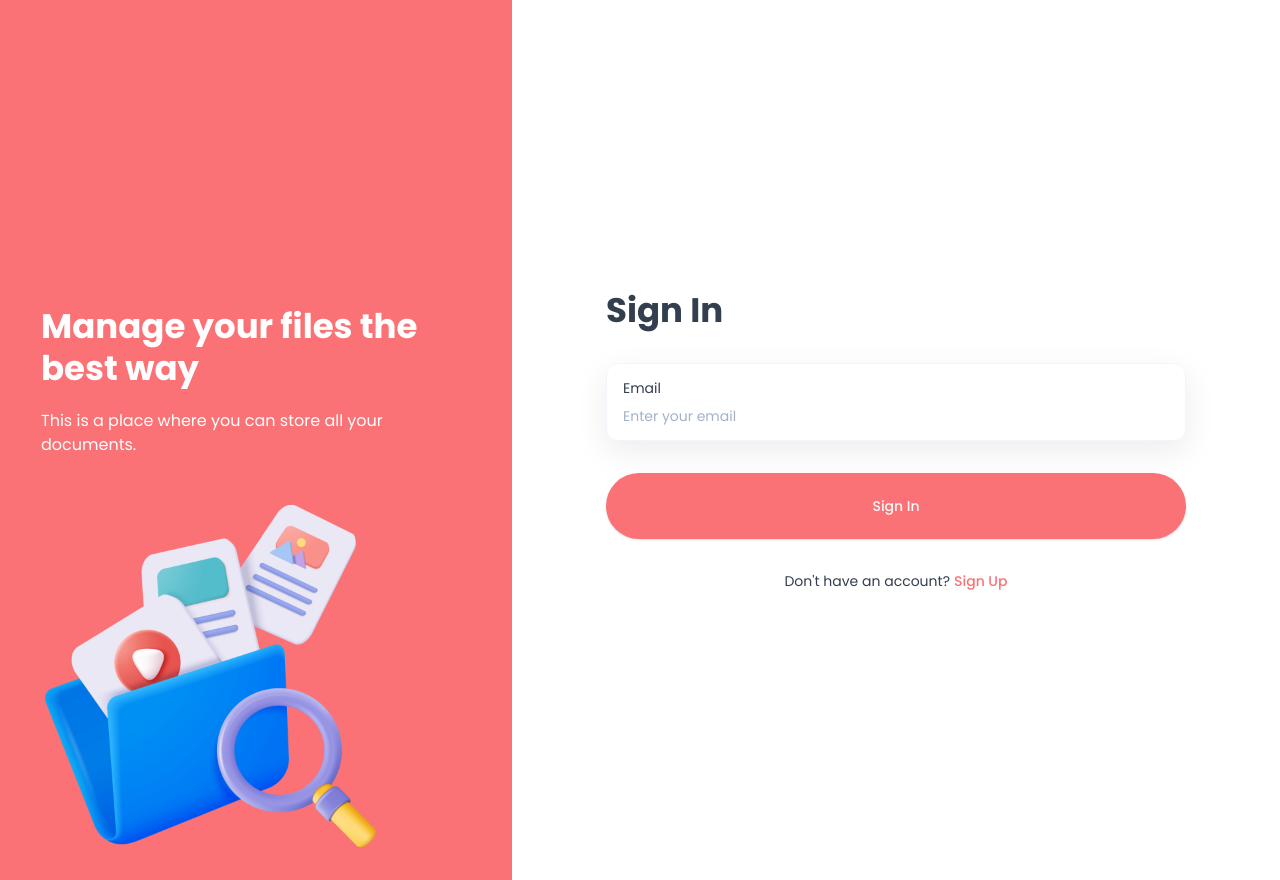
Repository: Tychiq/pigier_tp
Page: /sign-in
These files come from the project's save history. The page is drawn as it stood at one moment and after the next save; the edit follows.
The browser window is 1280 px wide. The pictures show the whole page.
The page's requests for data from a server got no answer. The project was rebuilt for these pictures with package versions that can differ from the ones it lists, and the page was loaded fresh each time. The framework's server and built-in components were replaced by stand-ins that run in the browser. No one was signed in, and anything a server would have sent is missing. Also part of the build but not shown: next.config.ts, components/ui/alert-dialog.tsx, components/ui/input-otp.tsx, components/OTPModal.tsx.

Above is the page before, as saved 2025-04-29 11:16:09.

### app/layout.tsx
import type { Metadata } from "next";
import { Poppins } from 'next/font/google'

import "./globals.css";

const poppins = Poppins({
    subsets: ['latin'],
    weight: ['100', '200', '300', '400', '500', '600', '700', '800', '900'],
    variable: '--font-poppins',
})

export const metadata: Metadata = {
  title: "PigierTP",
  description: "PigierTP - Tous les Travaux Pratiques.",
};

export default function RootLayout({
  children,
}: Readonly<{
  children: React.ReactNode;
}>) {
  return (
    <html lang="en">
      <body
        className={`${poppins.variable} font-poppins antialiased`}
      >
        {children}
      </body>
    </html>
  );
}

### app/(auth)/layout.tsx
import React from "react";
import Image from "next/image";

const Layout = ({ children }: { children: React.ReactNode }) => {
  return (
    <div className="flex min-h-screen">
      <section className="hidden w-1/2 items-center justify-center bg-brand p-10 lg:flex xl:w-2/5">
        <div className="flex max-h-[800px] max-w-[430px] flex-col justify-center space-y-12">
          <Image
            src="/assets/icons/logo-full.svg"
            alt="logo"
            width={224}
            height={82}
            className="h-auto"
          />

          <div className="space-y-5 text-white">
            <h1 className="h1">Manage your files the best way</h1>
            <p className="body-1">
              This is a place where you can store all your documents.
            </p>
          </div>
          <Image
            src="/assets/images/files.png"
            alt="Files"
            width={342}
            height={342}
            className="transition-all hover:rotate-2 hover:scale-105"
          />
        </div>
      </section>

      <section className="flex flex-1 flex-col items-center bg-white p-4 py-10 lg:justify-center lg:p-10 lg:py-0">
        <div className="mb-16 lg:hidden">
          <Image
            src="/assets/icons/logo-full-brand.svg"
            alt="logo"
            width={224}
            height={82}
            className="h-auto w-[200px] lg:w-[250px]"
          />
        </div>

        {children}
      </section>
    </div>
  );
};

export default Layout;

### components/AuthForm.tsx
"use client";

import { z } from "zod";
import { zodResolver } from "@hookform/resolvers/zod";
import { useForm } from "react-hook-form";

import { Button } from "@/components/ui/button";
import {
  Form,
  FormControl,
  FormField,
  FormItem,
  FormLabel,
  FormMessage,
} from "@/components/ui/form";
import { Input } from "@/components/ui/input";
import { useState } from "react";
import Image from "next/image";
import Link from "next/link";
import { createAccount, signInUser } from "@/lib/actions/user.actions";
import OtpModal from "@/components/OTPModal";

type FormType = "sign-in" | "sign-up";

const authFormSchema = (formType: FormType) => {
  return z.object({
    email: z.string().email(),
    fullName:
      formType === "sign-up"
        ? z.string().min(2).max(50)
        : z.string().optional(),
  });
};

const AuthForm = ({ type }: { type: FormType }) => {
  const [isLoading, setIsLoading] = useState(false);
  const [errorMessage, setErrorMessage] = useState("");
  const [accountId, setAccountId] = useState(null);

  const formSchema = authFormSchema(type);
  const form = useForm<z.infer<typeof formSchema>>({
    resolver: zodResolver(formSchema),
    defaultValues: {
      fullName: "",
      email: "",
    },
  });

  const onSubmit = async (values: z.infer<typeof formSchema>) => {
    setIsLoading(true);
    setErrorMessage("");

    try {
      const user =
        type === "sign-up"
          ? await createAccount({
              fullName: values.fullName || "",
              email: values.email,
            })
          : await signInUser({ email: values.email });

      setAccountId(user.accountId);
    } catch {
      setErrorMessage("Failed to create account. Please try again.");
    } finally {
      setIsLoading(false);
    }
  };

  return (
    <>
      <Form {...form}>
        <form onSubmit={form.handleSubmit(onSubmit)} className="auth-form">
          <h1 className="form-title">
            {type === "sign-in" ? "Sign In" : "Sign Up"}
          </h1>
          {type === "sign-up" && (
            <FormField
              control={form.control}
              name="fullName"
              render={({ field }) => (
                <FormItem>
                  <div className="shad-form-item">
                    <FormLabel className="shad-form-label">Full Name</FormLabel>

                    <FormControl>
                      <Input
                        placeholder="Enter your full name"
                        className="shad-input"
                        {...field}
                      />
                    </FormControl>
                  </div>

                  <FormMessage className="shad-form-message" />
                </FormItem>
              )}
            />
          )}

          <FormField
            control={form.control}
            name="email"
            render={({ field }) => (
              <FormItem>
                <div className="shad-form-item">
                  <FormLabel className="shad-form-label">Email</FormLabel>

                  <FormControl>
                    <Input
                      placeholder="Enter your email"
                      className="shad-input"
                      {...field}
                    />
                  </FormControl>
                </div>

                <FormMessage className="shad-form-message" />
              </FormItem>
            )}
          />

          <Button
            type="submit"
            className="form-submit-button"
            disabled={isLoading}
          >
            {type === "sign-in" ? "Sign In" : "Sign Up"}

            {isLoading && (
              <Image
                src="/assets/icons/loader.svg"
                alt="loader"
                width={24}
                height={24}
                className="ml-2 animate-spin"
              />
            )}
          </Button>

          {errorMessage && <p className="error-message">*{errorMessage}</p>}

          <div className="body-2 flex justify-center">
            <p className="text-light-100">
              {type === "sign-in"
                ? "Don't have an account?"
                : "Already have an account?"}
            </p>
            <Link
              href={type === "sign-in" ? "/sign-up" : "/sign-in"}
              className="ml-1 font-medium text-brand"
            >
              {" "}
              {type === "sign-in" ? "Sign Up" : "Sign In"}
            </Link>
          </div>
        </form>
      </Form>

      {accountId && (
        <OtpModal email={form.getValues("email")} accountId={accountId} />
      )}
    </>
  );
};

export default AuthForm;

### components/ui/button.tsx
import * as React from "react"
import { Slot } from "@radix-ui/react-slot"
import { cva, type VariantProps } from "class-variance-authority"

import { cn } from "@/lib/utils"

const buttonVariants = cva(
  "inline-flex items-center justify-center gap-2 whitespace-nowrap rounded-md text-sm font-medium transition-colors focus-visible:outline-none focus-visible:ring-1 focus-visible:ring-ring disabled:pointer-events-none disabled:opacity-50 [&_svg]:pointer-events-none [&_svg]:size-4 [&_svg]:shrink-0",
  {
    variants: {
      variant: {
        default:
          "bg-primary text-primary-foreground shadow hover:bg-primary/90",
        destructive:
          "bg-destructive text-destructive-foreground shadow-sm hover:bg-destructive/90",
        outline:
          "border border-input bg-background shadow-sm hover:bg-accent hover:text-accent-foreground",
        secondary:
          "bg-secondary text-secondary-foreground shadow-sm hover:bg-secondary/80",
        ghost: "hover:bg-accent hover:text-accent-foreground",
        link: "text-primary underline-offset-4 hover:underline",
      },
      size: {
        default: "h-9 px-4 py-2",
        sm: "h-8 rounded-md px-3 text-xs",
        lg: "h-10 rounded-md px-8",
        icon: "h-9 w-9",
      },
    },
    defaultVariants: {
      variant: "default",
      size: "default",
    },
  }
)

export interface ButtonProps
  extends React.ButtonHTMLAttributes<HTMLButtonElement>,
    VariantProps<typeof buttonVariants> {
  asChild?: boolean
}

const Button = React.forwardRef<HTMLButtonElement, ButtonProps>(
  ({ className, variant, size, asChild = false, ...props }, ref) => {
    const Comp = asChild ? Slot : "button"
    return (
      <Comp
        className={cn(buttonVariants({ variant, size, className }))}
        ref={ref}
        {...props}
      />
    )
  }
)
Button.displayName = "Button"

export { Button, buttonVariants }

### components/ui/form.tsx
"use client"

import * as React from "react"
import * as LabelPrimitive from "@radix-ui/react-label"
import { Slot } from "@radix-ui/react-slot"
import {
  Controller,
  ControllerProps,
  FieldPath,
  FieldValues,
  FormProvider,
  useFormContext,
} from "react-hook-form"

import { cn } from "@/lib/utils"
import { Label } from "@/components/ui/label"

const Form = FormProvider

type FormFieldContextValue<
  TFieldValues extends FieldValues = FieldValues,
  TName extends FieldPath<TFieldValues> = FieldPath<TFieldValues>
> = {
  name: TName
}

const FormFieldContext = React.createContext<FormFieldContextValue>(
  {} as FormFieldContextValue
)

const FormField = <
  TFieldValues extends FieldValues = FieldValues,
  TName extends FieldPath<TFieldValues> = FieldPath<TFieldValues>
>({
  ...props
}: ControllerProps<TFieldValues, TName>) => {
  return (
    <FormFieldContext.Provider value={{ name: props.name }}>
      <Controller {...props} />
    </FormFieldContext.Provider>
  )
}

const useFormField = () => {
  const fieldContext = React.useContext(FormFieldContext)
  const itemContext = React.useContext(FormItemContext)
  const { getFieldState, formState } = useFormContext()

  const fieldState = getFieldState(fieldContext.name, formState)

  if (!fieldContext) {
    throw new Error("useFormField should be used within <FormField>")
  }

  const { id } = itemContext

  return {
    id,
    name: fieldContext.name,
    formItemId: `${id}-form-item`,
    formDescriptionId: `${id}-form-item-description`,
    formMessageId: `${id}-form-item-message`,
    ...fieldState,
  }
}

type FormItemContextValue = {
  id: string
}

const FormItemContext = React.createContext<FormItemContextValue>(
  {} as FormItemContextValue
)

const FormItem = React.forwardRef<
  HTMLDivElement,
  React.HTMLAttributes<HTMLDivElement>
>(({ className, ...props }, ref) => {
  const id = React.useId()

  return (
    <FormItemContext.Provider value={{ id }}>
      <div ref={ref} className={cn("space-y-2", className)} {...props} />
    </FormItemContext.Provider>
  )
})
FormItem.displayName = "FormItem"

const FormLabel = React.forwardRef<
  React.ElementRef<typeof LabelPrimitive.Root>,
  React.ComponentPropsWithoutRef<typeof LabelPrimitive.Root>
>(({ className, ...props }, ref) => {
  const { error, formItemId } = useFormField()

  return (
    <Label
      ref={ref}
      className={cn(error && "text-destructive", className)}
      htmlFor={formItemId}
      {...props}
    />
  )
})
FormLabel.displayName = "FormLabel"

const FormControl = React.forwardRef<
  React.ElementRef<typeof Slot>,
  React.ComponentPropsWithoutRef<typeof Slot>
>(({ ...props }, ref) => {
  const { error, formItemId, formDescriptionId, formMessageId } = useFormField()

  return (
    <Slot
      ref={ref}
      id={formItemId}
      aria-describedby={
        !error
          ? `${formDescriptionId}`
          : `${formDescriptionId} ${formMessageId}`
      }
      aria-invalid={!!error}
      {...props}
    />
  )
})
FormControl.displayName = "FormControl"

const FormDescription = React.forwardRef<
  HTMLParagraphElement,
  React.HTMLAttributes<HTMLParagraphElement>
>(({ className, ...props }, ref) => {
  const { formDescriptionId } = useFormField()

  return (
    <p
      ref={ref}
      id={formDescriptionId}
      className={cn("text-[0.8rem] text-muted-foreground", className)}
      {...props}
    />
  )
})
FormDescription.displayName = "FormDescription"

const FormMessage = React.forwardRef<
  HTMLParagraphElement,
  React.HTMLAttributes<HTMLParagraphElement>
>(({ className, children, ...props }, ref) => {
  const { error, formMessageId } = useFormField()
  const body = error ? String(error?.message) : children

  if (!body) {
    return null
  }

  return (
    <p
      ref={ref}
      id={formMessageId}
      className={cn("text-[0.8rem] font-medium text-destructive", className)}
      {...props}
    >
      {body}
    </p>
  )
})
FormMessage.displayName = "FormMessage"

export {
  useFormField,
  Form,
  FormItem,
  FormLabel,
  FormControl,
  FormDescription,
  FormMessage,
  FormField,
}

### components/ui/input.tsx
import * as React from "react"

import { cn } from "@/lib/utils"

export interface InputProps
  extends React.InputHTMLAttributes<HTMLInputElement> {}

const Input = React.forwardRef<HTMLInputElement, InputProps>(
  ({ className, type, ...props }, ref) => {
    return (
      <input
        type={type}
        className={cn(
          "flex h-9 w-full rounded-md border border-input bg-transparent px-3 py-1 text-sm shadow-sm transition-colors file:border-0 file:bg-transparent file:text-sm file:font-medium file:text-foreground placeholder:text-muted-foreground focus-visible:outline-none focus-visible:ring-1 focus-visible:ring-ring disabled:cursor-not-allowed disabled:opacity-50",
          className
        )}
        ref={ref}
        {...props}
      />
    )
  }
)
Input.displayName = "Input"

export { Input }

### components/ui/label.tsx
"use client"

import * as React from "react"
import * as LabelPrimitive from "@radix-ui/react-label"
import { cva, type VariantProps } from "class-variance-authority"

import { cn } from "@/lib/utils"

const labelVariants = cva(
  "text-sm font-medium leading-none peer-disabled:cursor-not-allowed peer-disabled:opacity-70"
)

const Label = React.forwardRef<
  React.ElementRef<typeof LabelPrimitive.Root>,
  React.ComponentPropsWithoutRef<typeof LabelPrimitive.Root> &
    VariantProps<typeof labelVariants>
>(({ className, ...props }, ref) => (
  <LabelPrimitive.Root
    ref={ref}
    className={cn(labelVariants(), className)}
    {...props}
  />
))
Label.displayName = LabelPrimitive.Root.displayName

export { Label }

### tailwind.config.ts
import type { Config } from "tailwindcss";

const config: Config = {
  darkMode: ["class"],
  content: [
    "./pages/**/*.{js,ts,jsx,tsx,mdx}",
    "./components/**/*.{js,ts,jsx,tsx,mdx}",
    "./app/**/*.{js,ts,jsx,tsx,mdx}",
  ],
  theme: {
  	extend: {
  		colors: {
  			brand: {
  				'100': '#EA6365',
  				DEFAULT: '#FA7275'
  			},
  			red: '#FF7474',
  			error: '#b80000',
  			green: '#3DD9B3',
  			blue: '#56B8FF',
  			pink: '#EEA8FD',
  			orange: '#F9AB72',
  			light: {
  				'100': '#333F4E',
  				'200': '#A3B2C7',
  				'300': '#F2F5F9',
  				'400': '#F2F4F8'
  			},
  			dark: {
  				'100': '#04050C',
  				'200': '#131524'
  			},
  			background: 'hsl(var(--background))',
  			foreground: 'hsl(var(--foreground))',
  			card: {
  				DEFAULT: 'hsl(var(--card))',
  				foreground: 'hsl(var(--card-foreground))'
  			},
  			popover: {
  				DEFAULT: 'hsl(var(--popover))',
  				foreground: 'hsl(var(--popover-foreground))'
  			},
  			primary: {
  				DEFAULT: 'hsl(var(--primary))',
  				foreground: 'hsl(var(--primary-foreground))'
  			},
  			secondary: {
  				DEFAULT: 'hsl(var(--secondary))',
  				foreground: 'hsl(var(--secondary-foreground))'
  			},
  			muted: {
  				DEFAULT: 'hsl(var(--muted))',
  				foreground: 'hsl(var(--muted-foreground))'
  			},
  			accent: {
  				DEFAULT: 'hsl(var(--accent))',
  				foreground: 'hsl(var(--accent-foreground))'
  			},
  			destructive: {
  				DEFAULT: 'hsl(var(--destructive))',
  				foreground: 'hsl(var(--destructive-foreground))'
  			},
  			border: 'hsl(var(--border))',
  			input: 'hsl(var(--input))',
  			ring: 'hsl(var(--ring))',
  			chart: {
  				'1': 'hsl(var(--chart-1))',
  				'2': 'hsl(var(--chart-2))',
  				'3': 'hsl(var(--chart-3))',
  				'4': 'hsl(var(--chart-4))',
  				'5': 'hsl(var(--chart-5))'
  			}
  		},
  		fontFamily: {
  			poppins: ["var(--font-poppins)"]
  		},
  		boxShadow: {
  			'drop-1': '0px 10px 30px 0px rgba(66, 71, 97, 0.1)',
  			'drop-2': '0 8px 30px 0 rgba(65, 89, 214, 0.3)',
  			'drop-3': '0 8px 30px 0 rgba(65, 89, 214, 0.1)'
  		},
  		borderRadius: {
  			lg: 'var(--radius)',
  			md: 'calc(var(--radius) - 2px)',
  			sm: 'calc(var(--radius) - 4px)'
  		},
  		keyframes: {
  			'caret-blink': {
  				'0%,70%,100%': {
  					opacity: '1'
  				},
  				'20%,50%': {
  					opacity: '0'
  				}
  			}
  		},
  		animation: {
  			'caret-blink': 'caret-blink 1.25s ease-out infinite'
  		}
  	}
  },
  // eslint-disable-next-line @typescript-eslint/no-require-imports
  plugins: [require("tailwindcss-animate")],
};
export default config;

Loaded but not shown: app/(auth)/sign-in/page.tsx (common file); app/globals.css (common file); lib/actions/user.actions.ts (common file); lib/utils.ts (common file); lib/appwrite/index.ts (common file); lib/appwrite/config.ts (common file); constants/index.ts (common file)

After the next save:
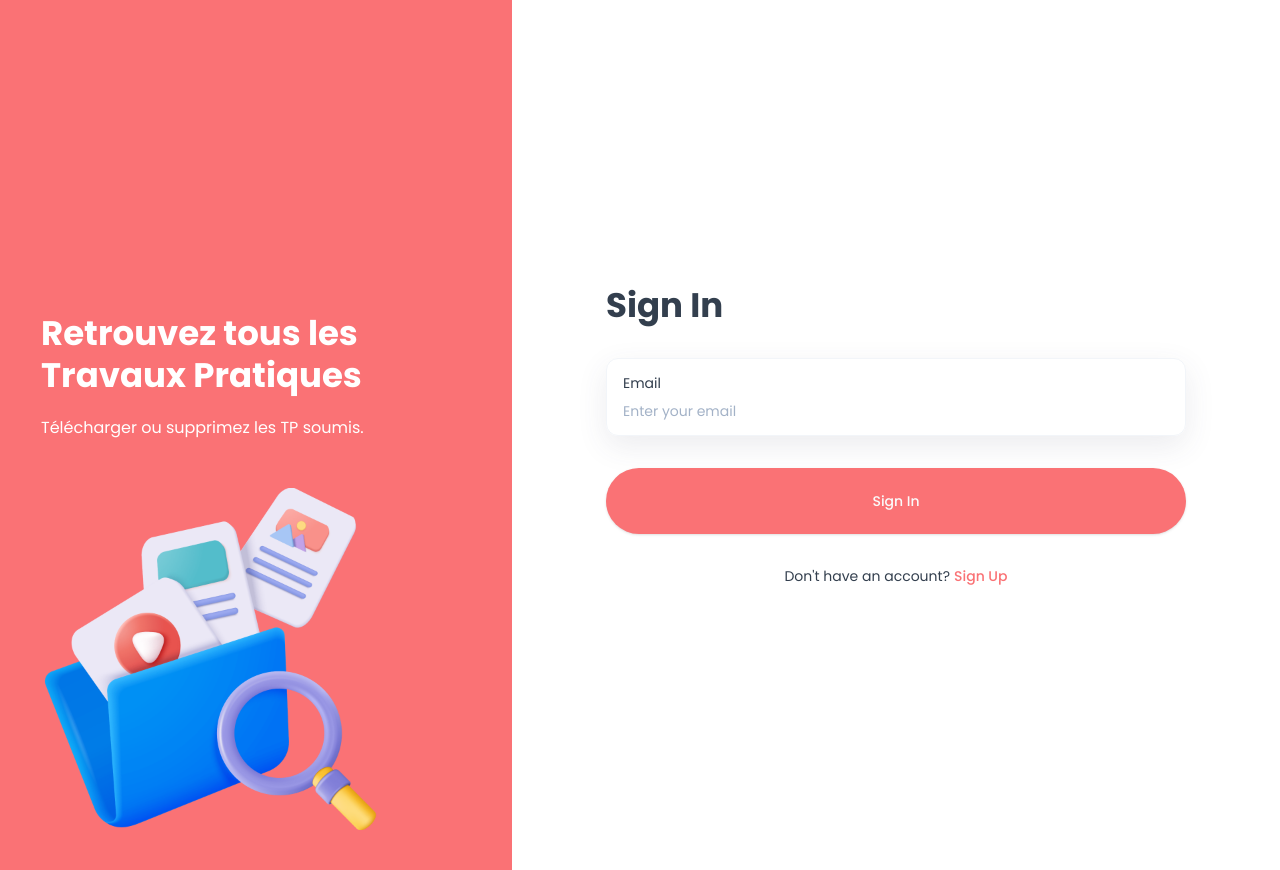
Saved 6 min 22 s later.
--- a/app/(auth)/layout.tsx
+++ b/app/(auth)/layout.tsx
@@ -15,9 +15,9 @@ const Layout = ({ children }: { children: React.ReactNode }) => {
           />
 
           <div className="space-y-5 text-white">
-            <h1 className="h1">Manage your files the best way</h1>
+            <h1 className="h1">Retrouvez tous les Travaux Pratiques</h1>
             <p className="body-1">
-              This is a place where you can store all your documents.
+              Télécharger ou supprimez les TP soumis.
             </p>
           </div>
           <Image
